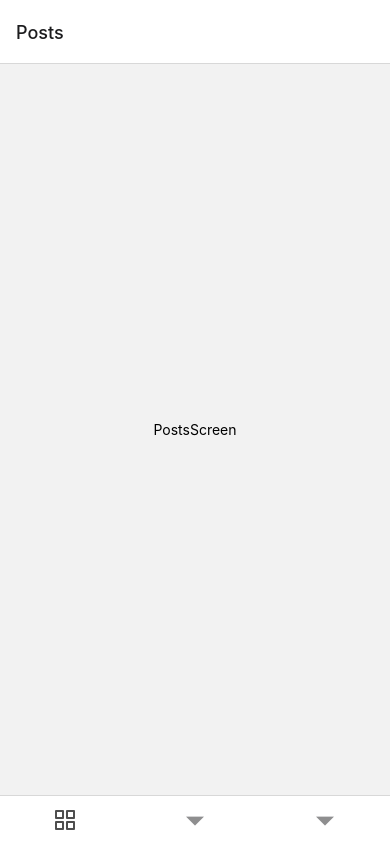
Repository: mitru0217/rn-hw
Screen: /
An editor plug-in stored every save of this project. The screen is shown before and after the next save, followed by the edit.
The app was drawn by React Native's web renderer in a window 390 px wide. The project was rebuilt for these pictures with package versions that can differ from the ones it lists, and the page was loaded fresh each time. Some packages were replaced by stand-ins written for this rebuild. Also part of the build but not shown: Screens/auth/RegistrationScreen.js, Screens/auth/LoginScreen.js, Screens/main/CreatePostsScreen.js, Screens/main/ProfileScreen.js.

Above is the screen before, as saved 2023-03-25 12:09:47.

After the next save:
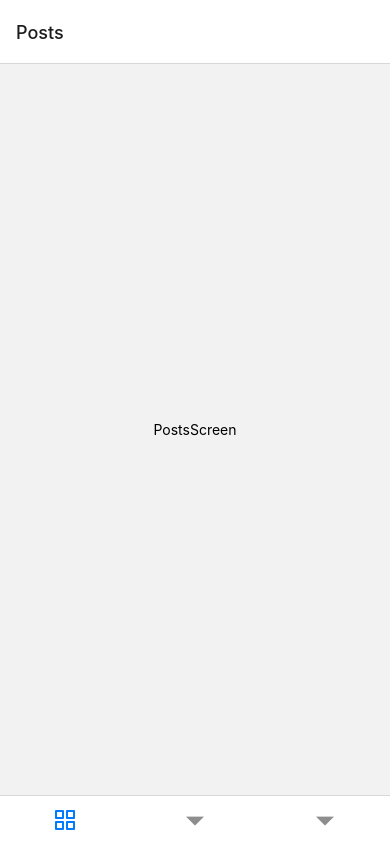
Saved 29 s later.
--- a/components/router.js
+++ b/components/router.js
@@ -33,7 +33,7 @@ export const userRoute = (isAuth) => {
       <MainTab.Screen
         options={{
           tabBarIcon: ({ focused, size, color }) => (
-            <Feather name='grid' size={24} color='rgba(33, 33, 33, 0.8)' />
+            <Feather name='grid' size={24} color={color} />
           ),
         }}
         name='Posts'
